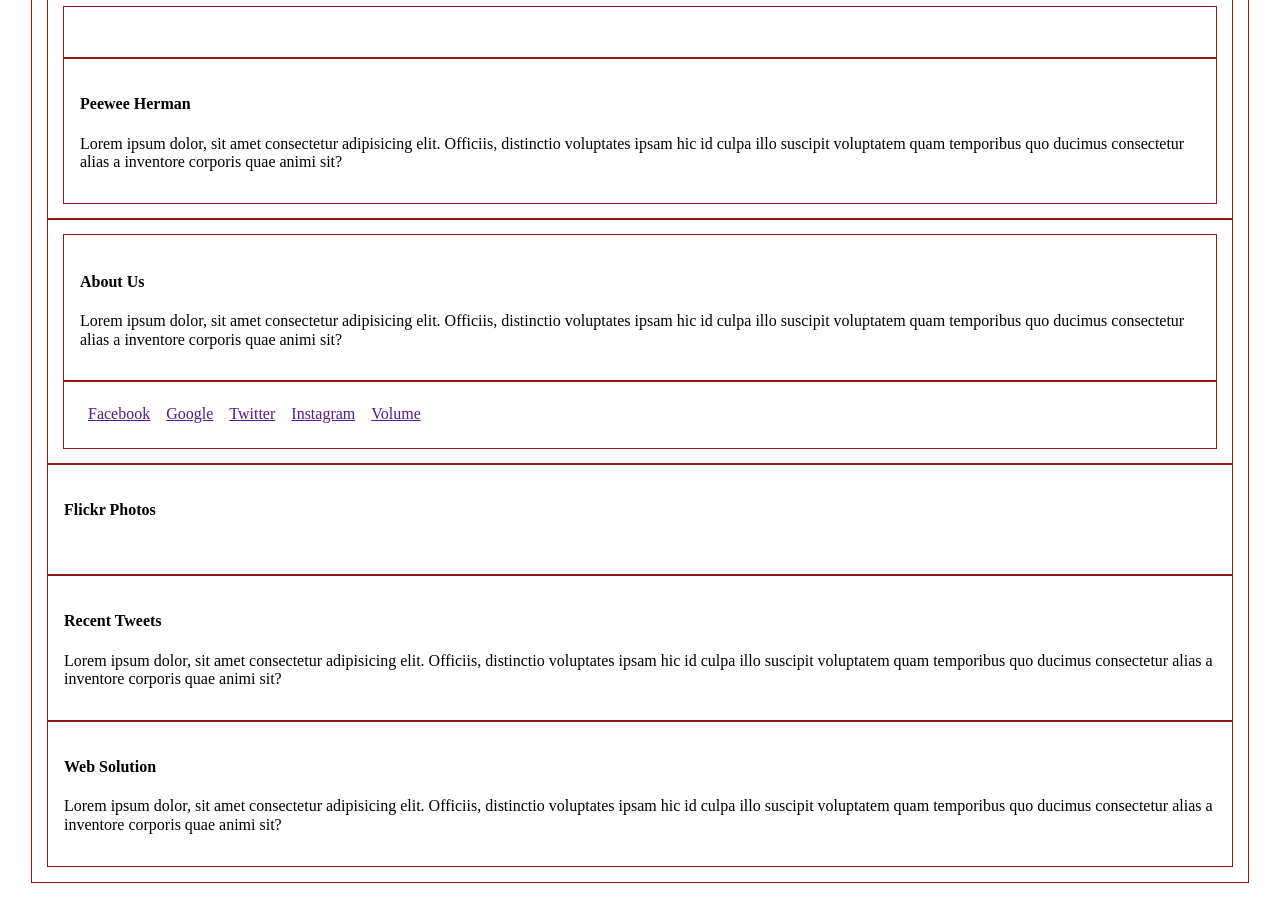
Repository: kionale/Project1_Lab3_ResponsiveLayout
Page: index.html
The author's editor kept a copy of each file at every save. The page is drawn from the files as they stood at one save, then again after the next save.
The browser window is 1280 px wide. The pictures show the part of the page from y = 3518 to 4470 px (the page is 4432 px tall before and 4964 px after).
A picture or video elsewhere on the page could not be fetched, so the positions and the page height are approximate.

Above is the page before, as saved 2023-01-26 00:25:34.

After the next save:
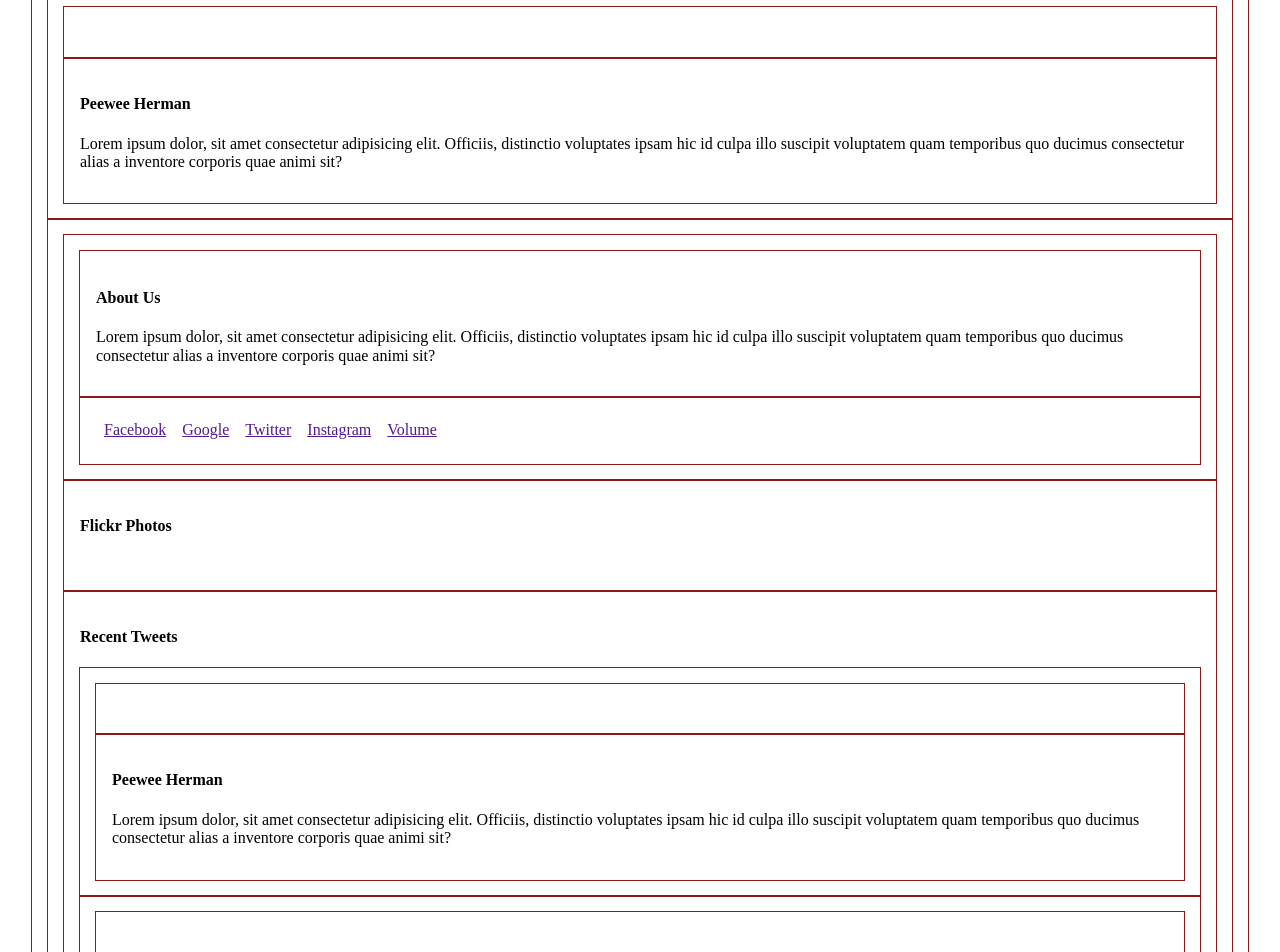
Saved 11 min 4 s later.
--- a/index.html
+++ b/index.html
@@ -297,55 +297,80 @@
           animi sit?</p>
       </div>
     </div>
-    <div>
-      <div>
-        <h4>About Us</h4>
+    <div class="footer__extras">
+      <div>
+        <div>
+          <h4>About Us</h4>
+          <p>Lorem ipsum dolor, sit amet consectetur adipisicing elit. Officiis, distinctio voluptates ipsam hic
+            id
+            culpa illo suscipit voluptatem quam temporibus quo ducimus consectetur alias a inventore corporis quae
+            animi sit?</p>
+        </div>
+        <div class="social__link">
+          <a href="" class="social__icon">
+            <li>Facebook</li>
+          </a>
+          <a href="" class="social__icon">
+            <li>Google</li>
+          </a>
+          <a href="" class="social__icon">
+            <li>Twitter</li>
+          </a>
+          <a href="" class="social__icon">
+            <li>Instagram</li>
+          </a>
+          <a href="" class="social__icon">
+            <li>Volume</li>
+          </a>
+        </div>
+      </div>
+
+      <div>
+        <h4>Flickr Photos</h4>
+        <img src="" alt="">
+        <img src="" alt="">
+        <img src="" alt="">
+        <img src="" alt="">
+        <img src="" alt="">
+        <img src="" alt="">
+      </div>
+      <div>
+        <h4>Recent Tweets</h4>
+        <div class="recent__tweets">
+          <div>
+            <img src="" alt="">
+          </div>
+          <div>
+            <h4>Peewee Herman</h4>
+            <p>Lorem ipsum dolor, sit amet consectetur adipisicing elit. Officiis, distinctio voluptates ipsam hic
+              id
+              culpa illo suscipit voluptatem quam temporibus quo ducimus consectetur alias a inventore corporis quae
+              animi sit?</p>
+          </div>
+        </div>
+        <div class="recent__tweets">
+          <div>
+            <img src="" alt="">
+          </div>
+          <div>
+            <h4>Peewee Herman</h4>
+            <p>Lorem ipsum dolor, sit amet consectetur adipisicing elit. Officiis, distinctio voluptates ipsam hic
+              id
+              culpa illo suscipit voluptatem quam temporibus quo ducimus consectetur alias a inventore corporis quae
+              animi sit?</p>
+          </div>
+        </div>
+      </div>
+      <div>
+        <h4>Newsletter</h4>
         <p>Lorem ipsum dolor, sit amet consectetur adipisicing elit. Officiis, distinctio voluptates ipsam hic
           id
           culpa illo suscipit voluptatem quam temporibus quo ducimus consectetur alias a inventore corporis quae
           animi sit?</p>
-      </div>
-      <div class="social__link">
-        <a href="" class="social__icon">
-          <li>Facebook</li>
-        </a>
-        <a href="" class="social__icon">
-          <li>Google</li>
-        </a>
-        <a href="" class="social__icon">
-          <li>Twitter</li>
-        </a>
-        <a href="" class="social__icon">
-          <li>Instagram</li>
-        </a>
-        <a href="" class="social__icon">
-          <li>Volume</li>
-        </a>
-      </div>
-    </div>
-
-    <div>
-      <h4>Flickr Photos</h4>
-      <img src="" alt="">
-      <img src="" alt="">
-      <img src="" alt="">
-      <img src="" alt="">
-      <img src="" alt="">
-      <img src="" alt="">
-    </div>
-    <div>
-      <h4>Recent Tweets</h4>
-      <p>Lorem ipsum dolor, sit amet consectetur adipisicing elit. Officiis, distinctio voluptates ipsam hic
-        id
-        culpa illo suscipit voluptatem quam temporibus quo ducimus consectetur alias a inventore corporis quae
-        animi sit?</p>
-    </div>
-    <div>
-      <h4>Web Solution</h4>
-      <p>Lorem ipsum dolor, sit amet consectetur adipisicing elit. Officiis, distinctio voluptates ipsam hic
-        id
-        culpa illo suscipit voluptatem quam temporibus quo ducimus consectetur alias a inventore corporis quae
-        animi sit?</p>
+        <div class="col_two sample__menu things__above__image">Enter your email...
+          <button>+</button>
+        </div>
+      </div>
     </div>
   </footer>
 
